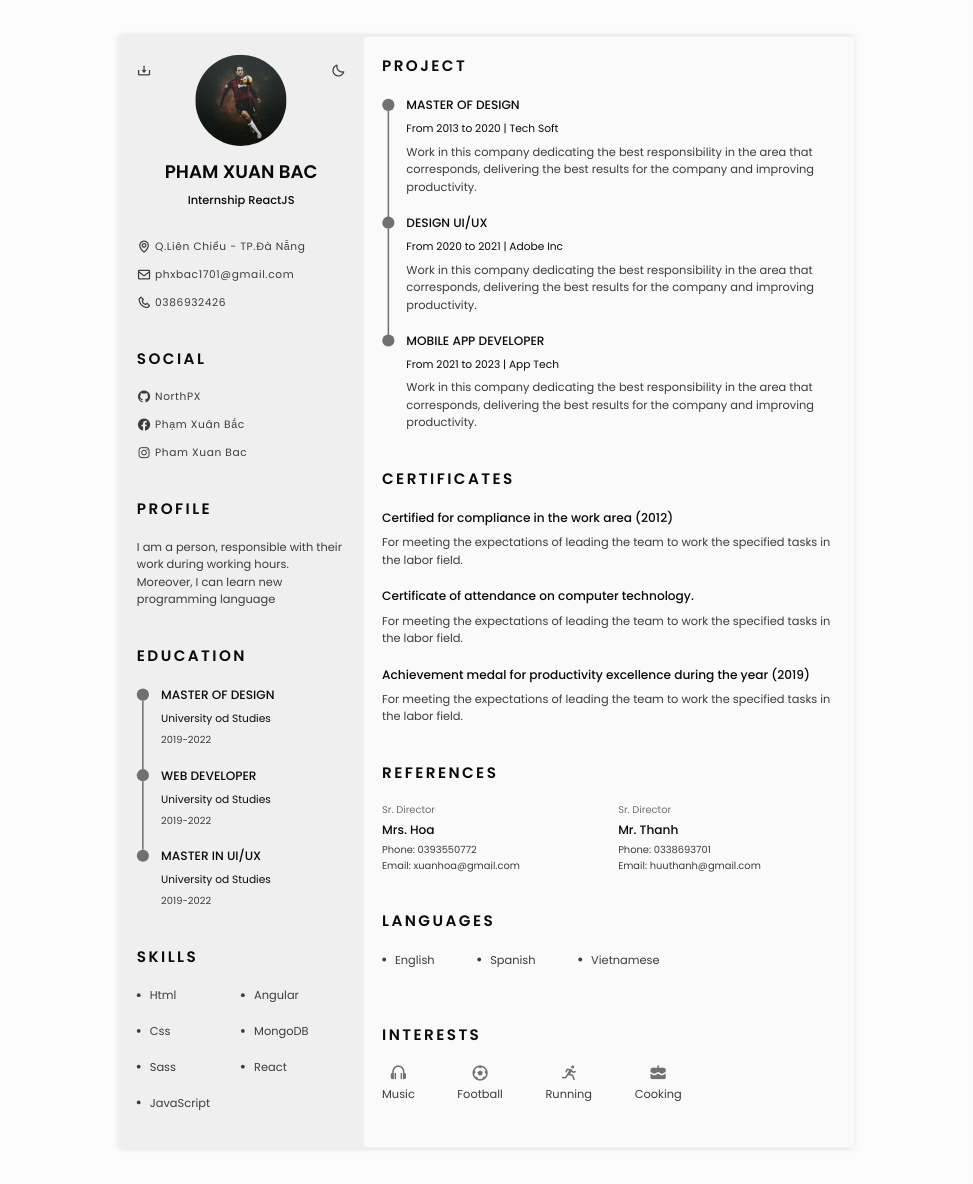
Repository: northpx/myCV
Page: index.html
An editor plug-in stored every save of this project. The page is shown before and after a run of saves, followed by the edit.
The browser window is 1280 px wide. The pictures show the whole page, at 76% of full size.

Above is the page before, as saved 2023-02-23 16:27:27.

### index.html
<!DOCTYPE html>
<html lang="en">
<head>
    <meta charset="UTF-8">
    <meta http-equiv="X-UA-Compatible" content="IE=edge">
    <meta name="viewport" content="width=device-width, initial-scale=1.0">
    <link rel="stylesheet" href="./src/css/styles.css">
    <link rel="stylesheet" href="https://cdn.jsdelivr.net/npm/boxicons@latest/css/boxicons.min.css">
    <title>Pham Xuan Bac</title>
</head>
<body>
    <header class="l-header" id="header">
        <nav class="nav bd-container">
            <a href="#" class="nav__logo">Bac</a>
            <div class="nav__menu" id="nav-menu">
                <ul class="nav__list">
                    <li class="nav__item">
                        <a href="#home" class="nav__link active-link">
                            <i class='bx bx-home nav__icon' ></i>HOME
                        </a>
                    </li>
                    <li class="nav__item">
                        <a href="#profile" class="nav__link">
                            <i class='bx bx-user nav__icon' ></i>USER
                        </a>
                    </li>
                    <li class="nav__item">
                        <a href="#education" class="nav__link">
                            <i class='bx bx-book nav__icon' ></i>EDUCATION
                        </a>
                    </li>
                    <li class="nav__item">
                        <a href="#skills" class="nav__link">
                            <i class='bx bx-receipt nav__icon' ></i>SKILLS
                        </a>
                    </li>
                    <li class="nav__item">
                        <a href="#project" class="nav__link">
                            <i class='bx bx-briefcase-alt nav__icon' ></i>PROJECT
                        </a>
                    </li>
                    <li class="nav__item">
                        <a href="#certificates" class="nav__link">
                            <i class='bx bx-award nav__icon' ></i>CERTIFICATES
                        </a>
                    </li>

                    <li class="nav__item">
                        <a href="#references" class="nav__link">
                            <i class='bx bx-link-external nav__icon' ></i>REFERENCES
                        </a>
                    </li>
                </ul>
            </div>

            <div class="nav__toogle" id="nav-toggle">
                <i class="bx bx-grid-alt"></i>
            </div>
        </nav>
    </header>
    <main class="l-main bd-container">
        <div class="resume" id="area-cv">
            <div class="resume__left">
                <section class="home" id="home">
                    <div class="home__container section bd-grid">
                        <div class="home__data bd-grid">
                            <img src="./src/img/z3668101589347_355da8c054c5f58beb49364ce3f9e5b5.jpg" alt="" class="home__img">
                            <h1 class="home__title"><b>PHAM XUAN BAC</b></h1>
                            <h3 class="home__profession">Internship ReactJS</h3>
                            <div>
                                <a download="" href="./src/pdf/resumecv.pdf" class="home__button-movil">Dowload</a>
                            </div>
                        </div>
                        <div class="home__address bd-grid">
                            <span class="home__information">
                                <i class="bx bx-map home__icon"></i> Q.Liên Chiểu - TP.Đà Nẵng
                            </span>
                            <span class="home__information">
                                <i class="bx bx-envelope home__icon"></i> phxbac1701@gmail.com
                            </span>
                            <span class="home__information">
                                <i class="bx bx-phone home__icon"></i> 0386932426
                            </span>
                        </div>
                    </div>
                    <i class="bx bx-moon change-theme" title="Theme" id="theme-button"></i>
                    <i class="bx bx-download generate-pdf" title="Generate PDF" id="resume-button"></i>
                </section>

                <section class="social section">
                    <h2 class="section-title">SOCIAL</h2>
                    <div class="social__container bd-grid">
                        <a href="https://github.com/northpx" target="_blank" class="social_link">
                            <i class="bx bxl-github social__icon"></i> NorthPX
                        </a>
                        <a href="https://www.facebook.com/north.px.13/" target="_blank" class="social_link">
                            <i class="bx bxl-facebook-circle social__icon"></i> Phạm Xuân Bắc
                        </a>
                        <a href="https://www.instagram.com/_north.px_/" target="_blank" class="social_link">
                            <i class="bx bxl-instagram social__icon"></i> Pham Xuan Bac
                        </a>
                    </div>
                </section>

                <section class="profile section" id="profile">
                    <h2 class="section-title">Profile</h2>
                    <p class="profile__description">
                        I am a person, responsible with their work during working hours. Moreover, I can learn new programming language
                    </p>
                </section>

                <section class="education section" id="education">
                    <h2 class="section-title">Education</h2>
                    <div class="education__container bd-grid">
                        <div class="education__content">
                            <div class="education__time">
                                <span class="education__rounder"></span>
                                <span class="education__line"></span>
                            </div>
                            <div class="education__data bd-grid">
                                <h3 class="education__title">MASTER OF DESIGN</h3>
                                <span class="education__studies">University od Studies</span>
                                <span class="education__year">2019-2022</span>
                            </div>
                        </div>

                        <div class="education__content">
                            <div class="education__time">
                                <span class="education__rounder"></span>
                                <span class="education__line"></span>
                            </div>
                            <div class="education__data bd-grid">
                                <h3 class="education__title">WEB DEVELOPER</h3>
                                <span class="education__studies">University od Studies</span>
                                <span class="education__year">2019-2022</span>
                            </div>
                        </div>

                        <div class="education__content">
                            <div class="education__time">
                                <span class="education__rounder"></span>
                                <!-- <span class="education__line"></span> -->
                            </div>
                            <div class="education__data bd-grid">
                                <h3 class="education__title">MASTER IN UI/UX</h3>
                                <span class="education__studies">University od Studies</span>
                                <span class="education__year">2019-2022</span>
                            </div>
                        </div>
                    </div>
                </section>

                <section class="skills section" id="skills">
                    <h2 class="section-title">Skills</h2>
                    <div class="skills__content bd-grid">
                        <ul class="skills__data">
                            <li class="skills__name">
                                <span class="skills__circle"></span> Html
                            </li>
                            <li class="skills__name">
                                <span class="skills__circle"></span> Css
                            </li>
                            <li class="skills__name">
                                <span class="skills__circle"></span> Sass
                            </li>
                            <li class="skills__name">
                                <span class="skills__circle"></span> JavaScript
                            </li>
                        </ul>

                        <ul class="skills__data">
                            <li class="skills__name">
                                <span class="skills__circle"></span> Angular
                            </li>
                            <li class="skills__name">
                                <span class="skills__circle"></span> MongoDB
                            </li>
                            <li class="skills__name">
                                <span class="skills__circle"></span> React
                            </li>
                        </ul>
                    </div>
                </section>
            </div>

            <div class="resume__right">
                <section class="project section" id="project">
                    <h2 class="section-title">project</h2>
                    <div class="project__container bd-grid">
                        <div class="project__content">
                            <div class="project__time">
                                <span class="project__rounder"></span>
                                <span class="project__line"></span>
                            </div>
                            <div class="project__data bd-grid">
                                <h3 class="project__title">MASTER OF DESIGN</h3>
                                <span class="project__company">From 2013 to 2020 | Tech Soft</span>
                                <p class="project__description">Work in this company dedicating the best responsibility in the area that corresponds, delivering the best results for the company and improving productivity.</p>
                            </div>
                        </div>
                        <div class="project__content">
                            <div class="project__time">
                                <span class="project__rounder"></span>
                                <span class="project__line"></span>
                            </div>
                            <div class="project__data bd-grid">
                                <h3 class="project__title">DESIGN UI/UX</h3>
                                <span class="project__company">From 2020 to 2021 | Adobe Inc</span>
                                <p class="project__description">Work in this company dedicating the best responsibility in the area that corresponds, delivering the best results for the company and improving productivity.</p>
                            </div>
                        </div>
                        <div class="project__content">
                            <div class="project__time">
                                <span class="project__rounder"></span>
                            </div>
                            <div class="project__data bd-grid">
                                <h3 class="project__title">MOBILE APP DEVELOPER</h3>
                                <span class="project__company">From 2021 to 2023 | App Tech</span>
                                <p class="project__description">Work in this company dedicating the best responsibility in the area that corresponds, delivering the best results for the company and improving productivity.</p>
                            </div>
                        </div>
                    </div>
                </section>

                <section class="certificate section" id="certificates">
                    <h2 class="section-title">Certificates</h2>
                    <div class="certificate__container bd-grid">
                        <div class="certificate__content">
                            <h3 class="certificate__title">Certified for compliance in the work area (2012)</h3>
                            <p class="certificate__description">For meeting the expectations of leading the team to work the specified tasks in the labor field.</p>
                        </div>

                        <div class="certificate__content">
                            <h3 class="certificate__title">Certificate of attendance on computer technology.</h3>
                            <p class="certificate__description">For meeting the expectations of leading the team to work the specified tasks in the labor field.</p>
                        </div>

                        <div class="certificate__content">
                            <h3 class="certificate__title">Achievement medal for productivity excellence during the year (2019)</h3>
                            <p class="certificate__description">For meeting the expectations of leading the team to work the specified tasks in the labor field.</p>
                        </div>
                    </div>
                </section>

                <section class="references section" id="references">
                    <h2 class="section-title">References</h2>
                    <div class="references__container bd-grid">
                        <div class="references__content bd-grid">
                            <span class="references__subtitle">Sr. Director</span>
                            <h3 class="references__title">Mrs. Hoa</h3>
                            <ul class="references__contact">
                                <li>Phone: 0393550772</li>
                                <li>Email: xuanhoa@gmail.com</li>
                            </ul>
                        </div>

                        <div class="references__content bd-grid">
                            <span class="references__subtitle">Sr. Director</span>
                            <h3 class="references__title">Mr. Thanh</h3>
                            <ul class="references__contact">
                                <li>Phone: 0338693701</li>
                                <li>Email: huuthanh@gmail.com</li>
                            </ul>
                        </div>
                    </div>
                </section>

                <section class="languages section">
                    <h2 class="section-title">Languages</h2>
                    <div class="languages__container bd-grid">
                        <ul class="languages__content bd-grid">
                            <li class="languages_name">
                                <span class="languages__circle"></span> English
                            </li>
                            <li class="languages_name">
                                <span class="languages__circle"></span> Spanish
                            </li>
                            <li class="languages_name">
                                <span class="languages__circle"></span> Vietnamese
                            </li>

                        </ul>
                    </div>
                </section>

                <section class="interests section">
                    <h2 class="section-title">Interests</h2>
                    <div class="interests__container bd-grid">
                        <div class="interests__content">
                            <i class="bx bx-headphone interests__icon"></i>
                            <span class="interests__name">Music</span>
                        </div>
                        <div class="interests__content">
                            <i class='bx bx-football interests__icon' ></i>
                            <span class="interests__name">Football</span>
                        </div>
                        <div class="interests__content">
                            <i class='bx bx-run interests__icon' ></i>
                            <span class="interests__name">Running</span>
                        </div>
                        <div class="interests__content">
                            <i class='bx bxs-cake interests__icon' ></i>
                            <span class="interests__name">Cooking</span>
                        </div>
                    </div>
                </section>
            </div>
        </div>
    </main>

    <a href="#" class="scrolltop" id="scroll-top">
        <i class="bx bx-up-arrow-alt scrolltop__icon"></i>
    </a>
    <script src="./src/js/html2pdf.bundle.min.js"></script>
    <script src="./src/js/scripts.js"></script>
</body>
</html>

Loaded but not shown: src/js/html2pdf.bundle.min.js (library); src/js/scripts.js (107 lines, source omitted); src/css/styles.css (578 lines, source omitted)

After the next 2 saves:
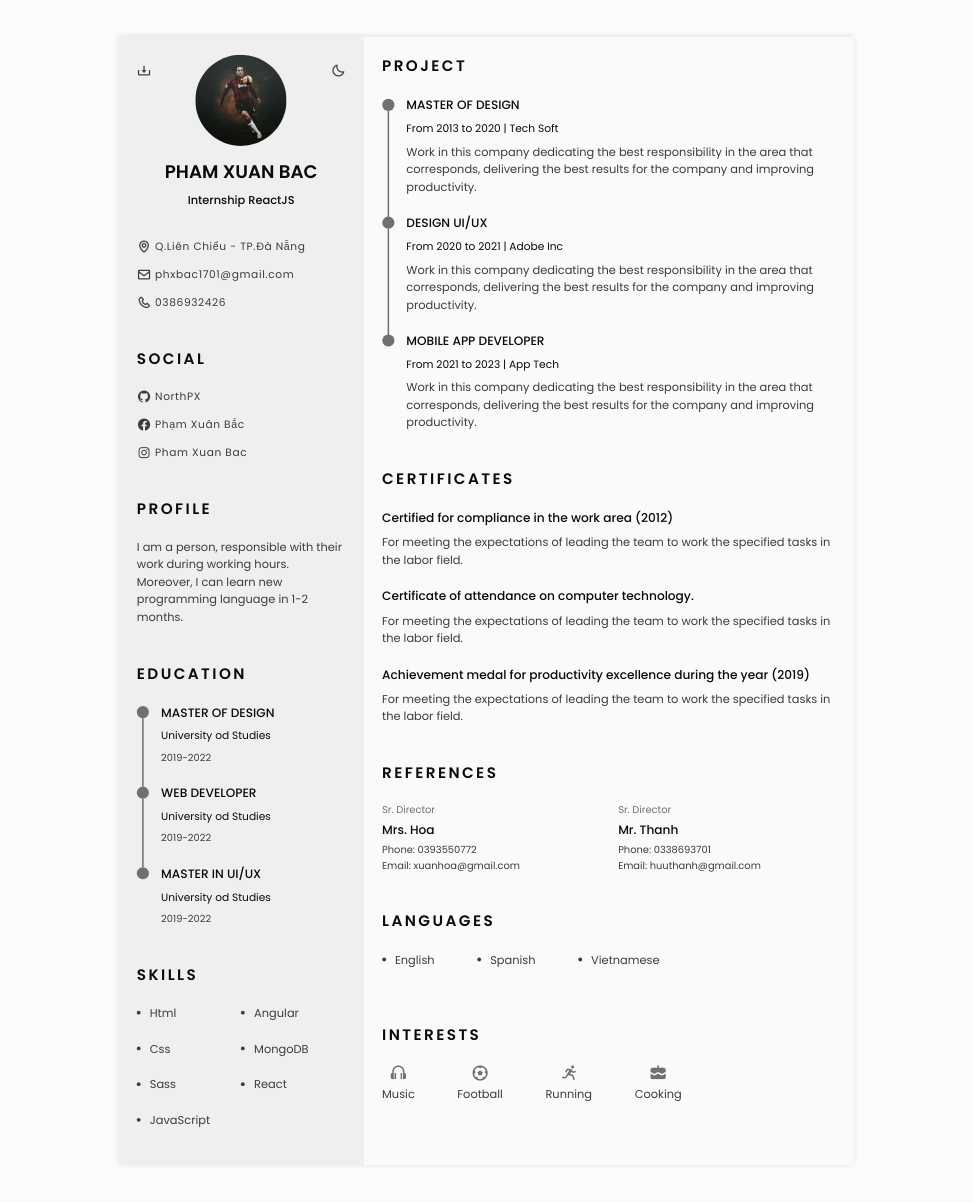
The 2 saves are shown as one change because they came seconds apart.
The last was saved 7 s later.
--- a/index.html
+++ b/index.html
@@ -105,7 +105,7 @@
                 <section class="profile section" id="profile">
                     <h2 class="section-title">Profile</h2>
                     <p class="profile__description">
-                        I am a person, responsible with their work during working hours. Moreover, I can learn new programming language
+                        I am a person, responsible with their work during working hours. Moreover, I can learn new programming language in 1-2 months.
                     </p>
                 </section>
 
